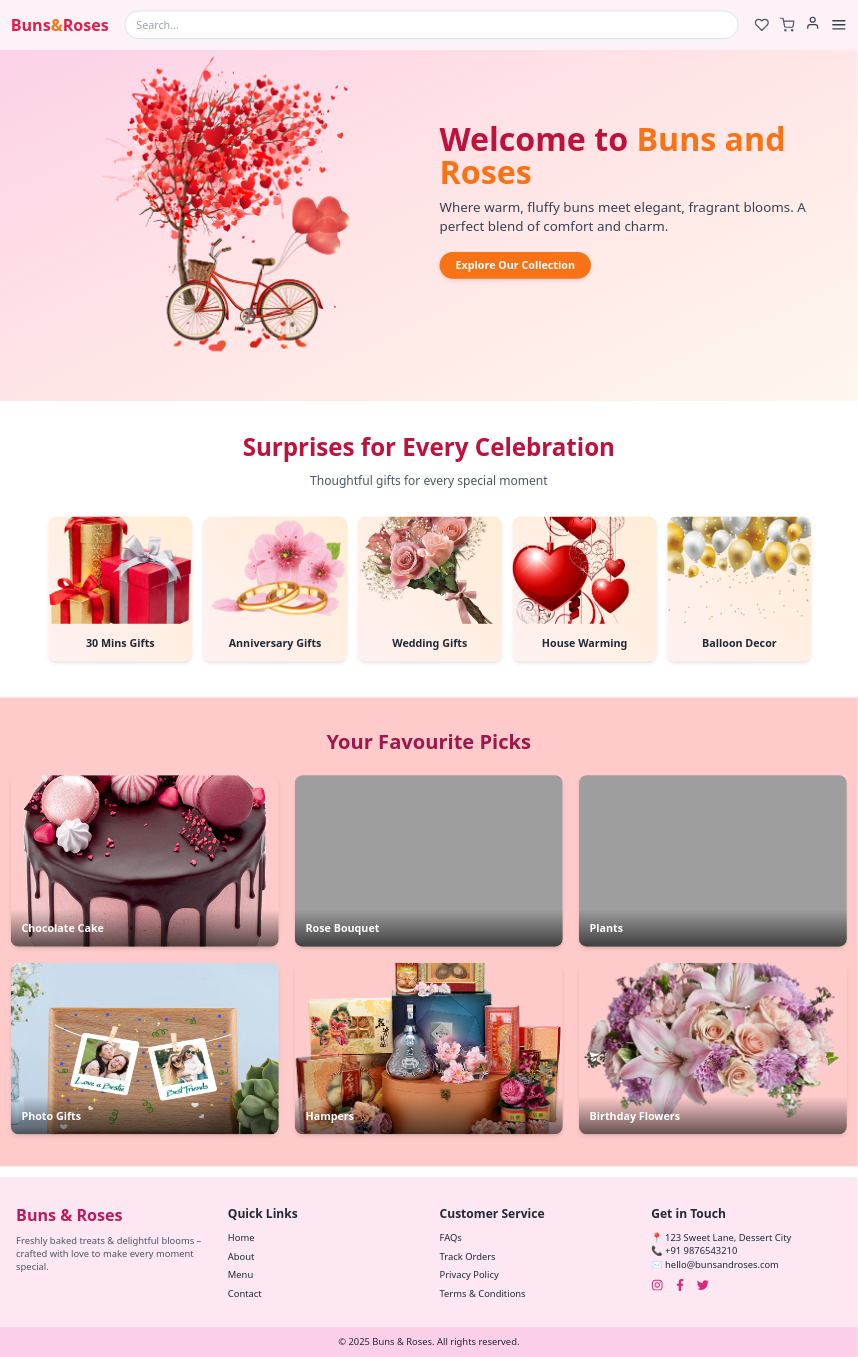
Repository: Purniagithub/buns-and-roses
Page: /
These files come from the project's save history. The page is drawn as it stood at one moment and after the next save; the edit follows.
The browser window is 1280 px wide. The pictures show the whole page, at 67% of full size.
Pictures or frames that could not be fetched are drawn as grey boxes. The project was rebuilt for these pictures with package versions that can differ from the ones it lists, and the page was loaded fresh each time. Also part of the build but not shown: vite.config.js, src/pages/About.jsx. Imported but missing from the stored project, and not drawn on this page: src/components/RelationshipSec tion.

Above is the page before, as saved 2025-08-10 02:46:34.

After the next save:
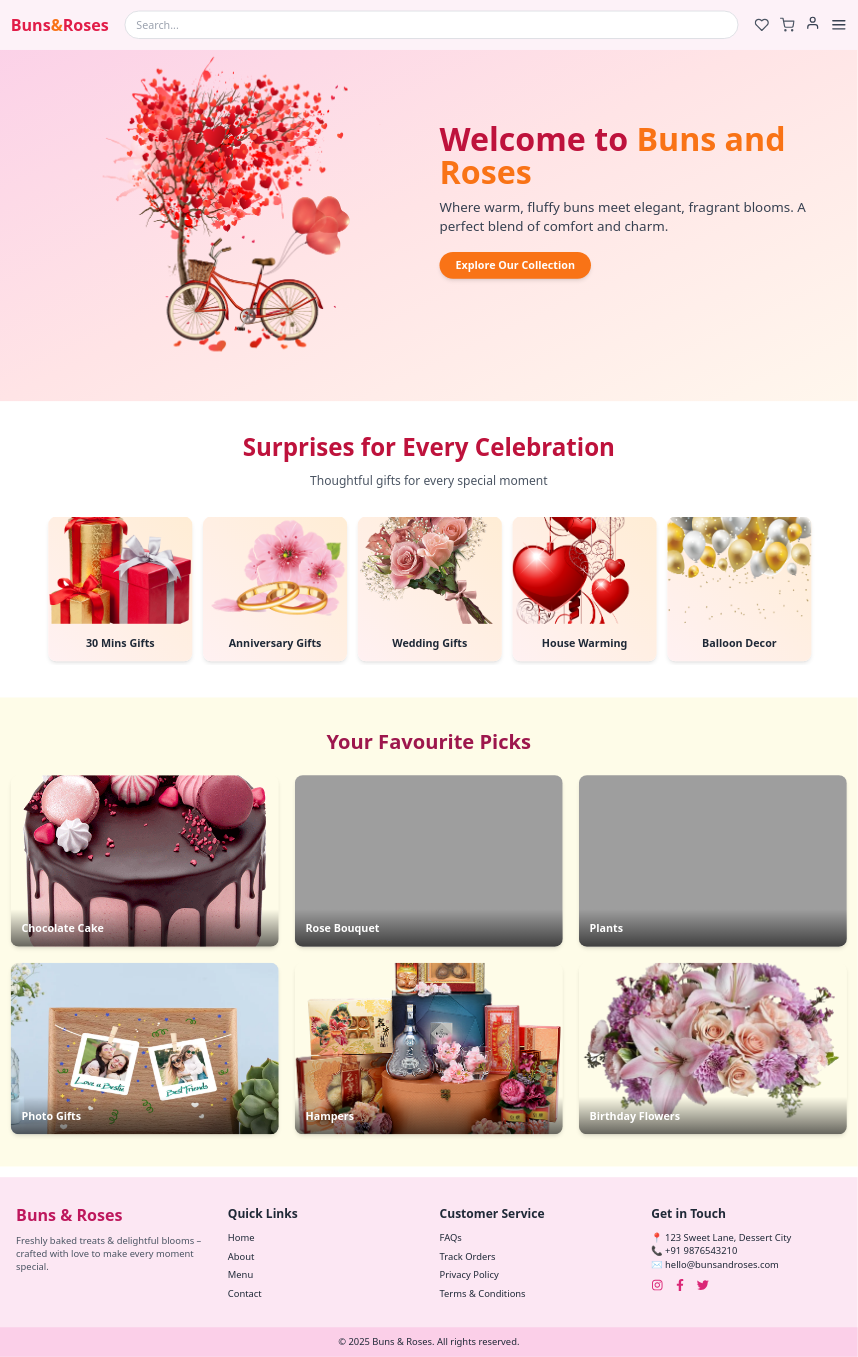
Saved 22 s later.
--- a/src/components/FavouritePicks.jsx
+++ b/src/components/FavouritePicks.jsx
@@ -12,7 +12,7 @@ const FavouritePicks = () => {
   ];
 
   return (
-    <section className="py-12 mb-4 bg-red-200">
+    <section className="py-12 mb-4 bg-yellow-50">
       <div className="max-w-7xl mx-auto px-4">
         <h2 className="text-3xl font-bold text-center text-pink-800 mb-8">
           Your Favourite Picks
